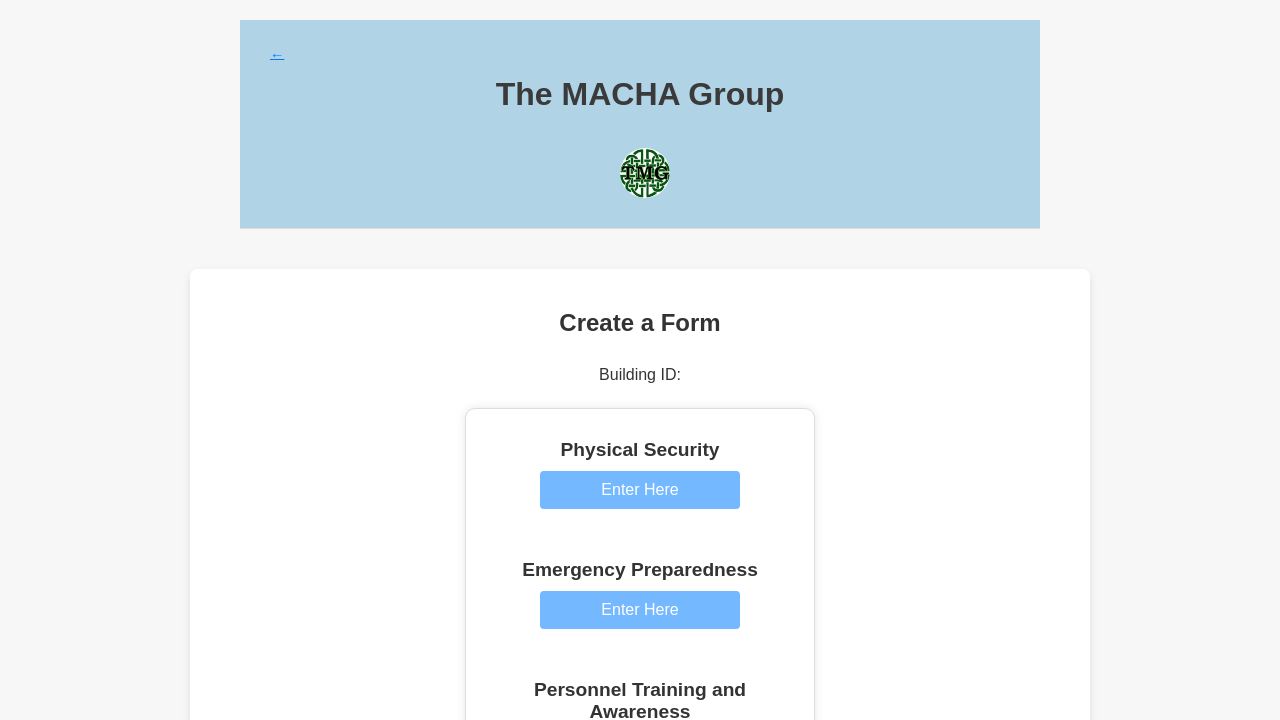
Repository: MachaGroup/MachaGroupIntegration
Page: /Form
These files come from the project's save history. The page is drawn as it stood at one moment and after the next save; the edit follows.
The browser window is 1280 px wide. The pictures show the whole page.
An inner scrolling area shows only its first screen. The project was rebuilt for these pictures with package versions that can differ from the ones it lists, and the page was loaded fresh each time. Also part of the build but not shown: src/Screens/Login.js, src/Screens/MainScreen.js, src/Screens/AboutUs.js, src/Screens/FAQ.js, src/firebaseConfig.js, src/Screens/ContactUs.js, src/Screens/Settings.js, src/Screens/EditProfile.js and 301 more.

Above is the page before, as saved 2024-12-01 20:05:36.

After the next save:
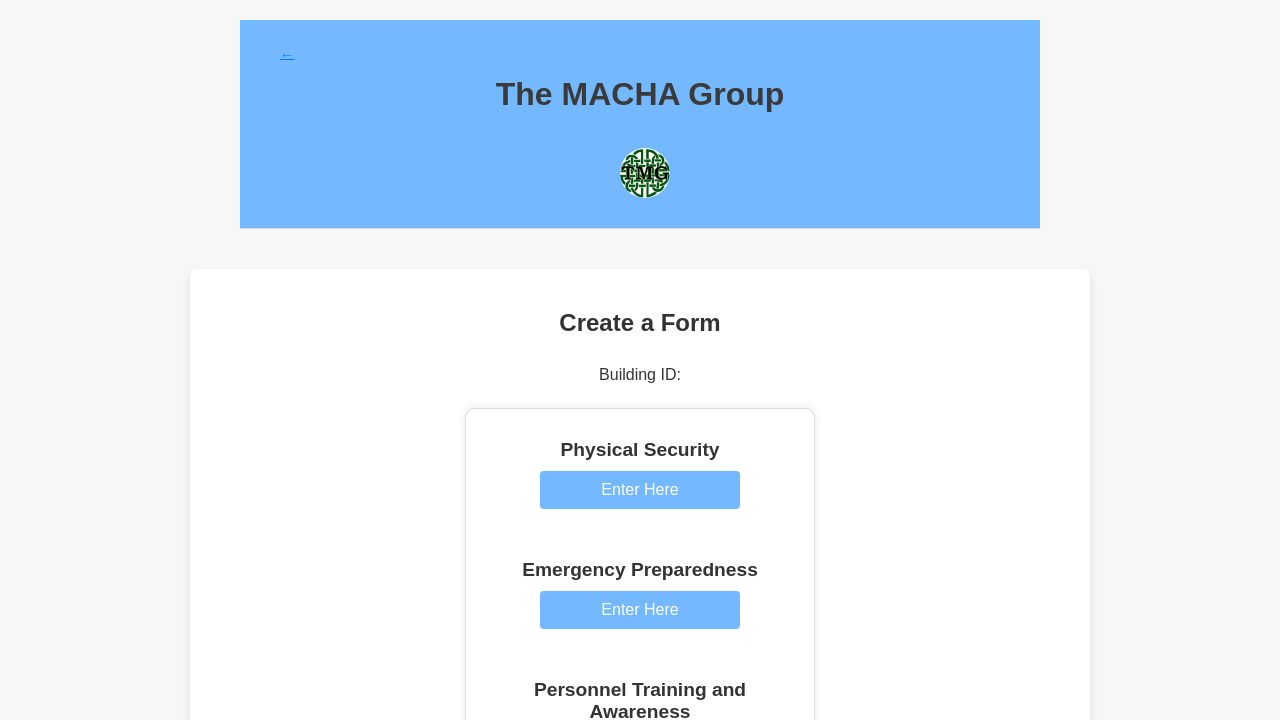
Saved 85 s later.
--- a/src/Screens/FormQuestions.css
+++ b/src/Screens/FormQuestions.css
@@ -9,24 +9,25 @@
     padding: 20px;
     box-sizing: border-box;
     font-family: Arial, sans-serif;
-    position: relative; /* Allow positioning of navbar */
 }
 
 /* Header Styling */
 .header {
     display: flex;
     align-items: center;
-    justify-content: space-between; /* Align items on the left and right */
+    justify-content: space-between; /* Align items left and right */
     width: 100%;
-    margin-bottom: 20px;
-    position: relative; /* Ensure navbar is correctly aligned */
+    background-color: #74b9ff; /* Blue background color */
+    color: white;
+    padding: 10px 20px; /* Add padding for spacing */
+    box-sizing: border-box;
+    position: relative;
 }
 
 h1 {
     font-size: 2em;
-    color: #333;
-    text-align: center;
-    flex-grow: 1; /* Push logo and navbar apart */
+    color: white;
+    margin: 0; /* Remove default margin */
 }
 
 .logo {
@@ -37,13 +38,10 @@
 
 /* Navbar Styles */
 .navbar {
-    position: absolute;
-    top: 0;
-    right: 20px;
     display: flex;
     flex-direction: column;
     align-items: flex-end;
-    z-index: 1000;
+    position: relative;
 }
 
 .menu-button {
@@ -59,7 +57,7 @@
 
 .menu-button div {
     height: 4px;
-    background-color: #333;
+    background-color: white;
     border-radius: 2px;
     transition: transform 0.3s;
 }
@@ -122,11 +120,12 @@
     border: none;
     font-size: 1.5em;
     cursor: pointer;
-    color: #333;
+    color: white;
+    margin-right: auto; /* Align back button to the left */
 }
 
 .back-button:hover {
-    color: #0984e3;
+    color: #dfe6e9;
 }
 
 /* Form Container Styling */

After the save that followed:
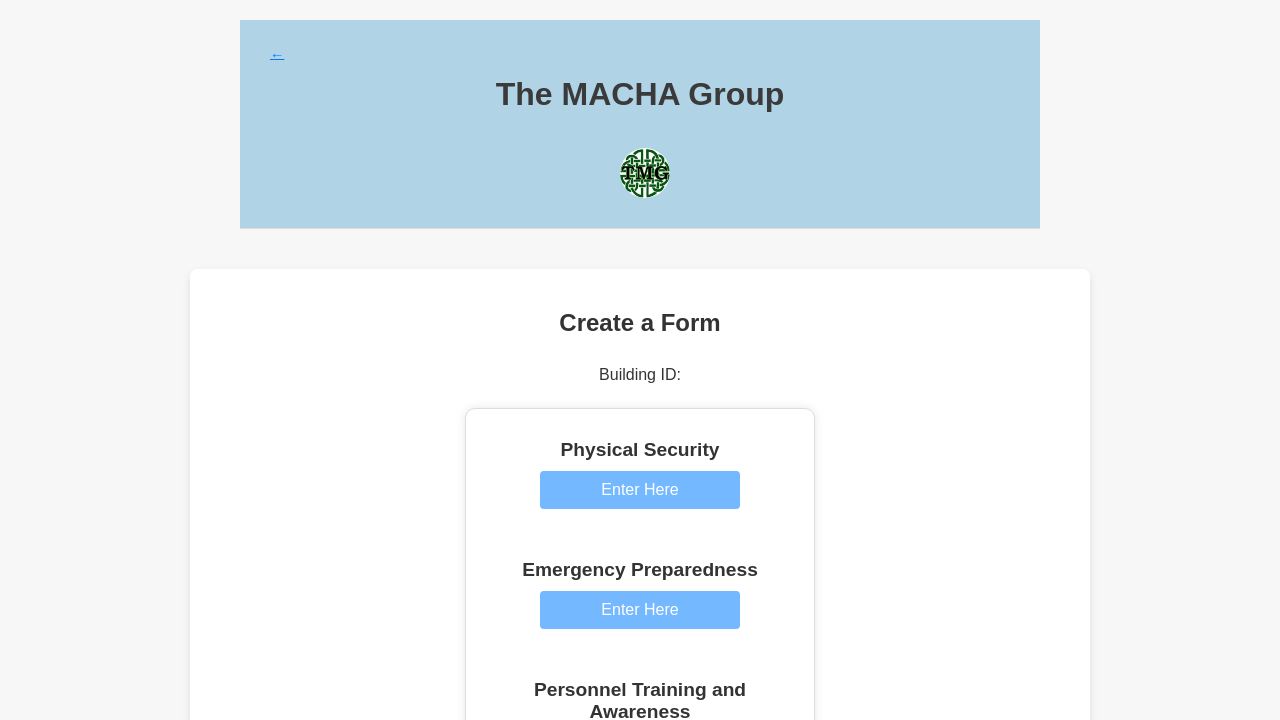
Saved 17 s later.
--- a/src/Screens/FormQuestions.css
+++ b/src/Screens/FormQuestions.css
@@ -9,25 +9,24 @@
     padding: 20px;
     box-sizing: border-box;
     font-family: Arial, sans-serif;
+    position: relative; /* Allow positioning of navbar */
 }
 
 /* Header Styling */
 .header {
     display: flex;
     align-items: center;
-    justify-content: space-between; /* Align items left and right */
+    justify-content: space-between; /* Align items on the left and right */
     width: 100%;
-    background-color: #74b9ff; /* Blue background color */
-    color: white;
-    padding: 10px 20px; /* Add padding for spacing */
-    box-sizing: border-box;
-    position: relative;
+    margin-bottom: 20px;
+    position: relative; /* Ensure navbar is correctly aligned */
 }
 
 h1 {
     font-size: 2em;
-    color: white;
-    margin: 0; /* Remove default margin */
+    color: #333;
+    text-align: center;
+    flex-grow: 1; /* Push logo and navbar apart */
 }
 
 .logo {
@@ -38,10 +37,13 @@
 
 /* Navbar Styles */
 .navbar {
+    position: absolute;
+    top: 0;
+    right: 20px;
     display: flex;
     flex-direction: column;
     align-items: flex-end;
-    position: relative;
+    z-index: 1000;
 }
 
 .menu-button {
@@ -57,7 +59,7 @@
 
 .menu-button div {
     height: 4px;
-    background-color: white;
+    background-color: #333;
     border-radius: 2px;
     transition: transform 0.3s;
 }
@@ -120,12 +122,11 @@
     border: none;
     font-size: 1.5em;
     cursor: pointer;
-    color: white;
-    margin-right: auto; /* Align back button to the left */
+    color: #333;
 }
 
 .back-button:hover {
-    color: #dfe6e9;
+    color: #0984e3;
 }
 
 /* Form Container Styling */
